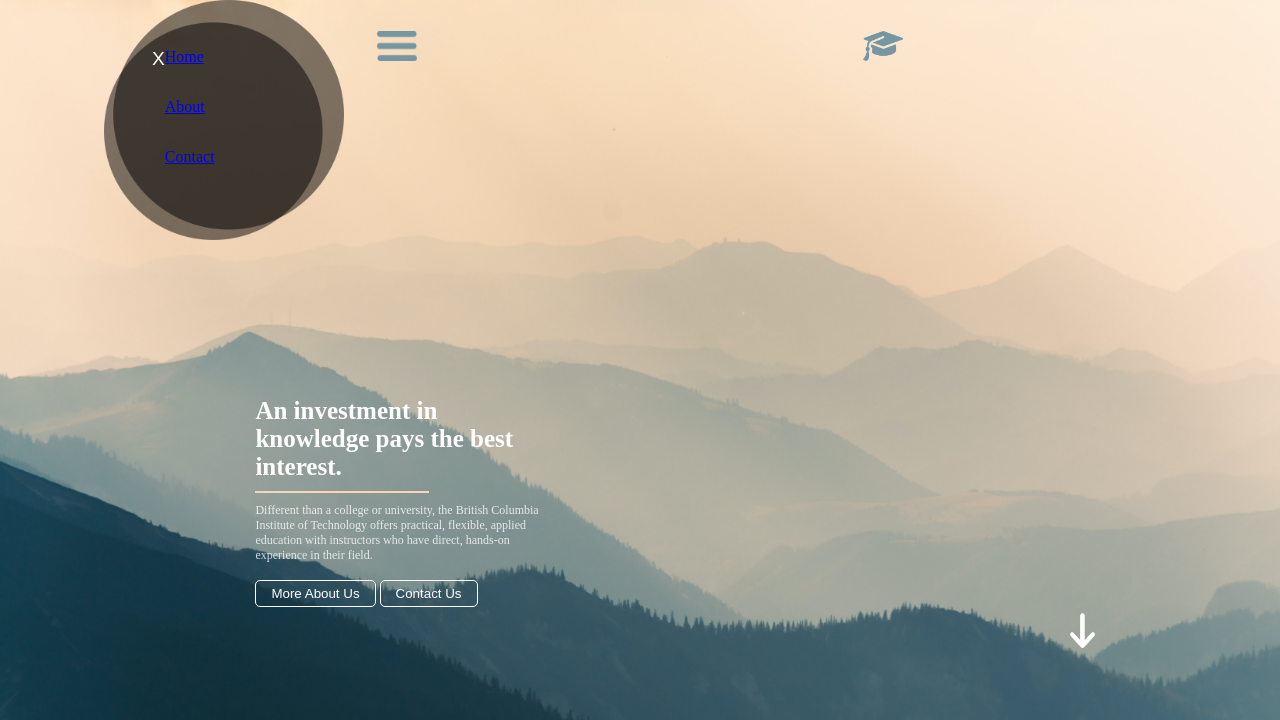
Repository: Sheraliramzan/Aly_A01253508_Assignment1
Page: /
The author's editor kept a copy of each file at every save. The page is drawn from the files as they stood at one save, then again after a run of saves.
The browser window is 1280 px wide. The pictures show the whole page.
The project was rebuilt for these pictures with package versions that can differ from the ones it lists, and the page was loaded fresh each time. The framework's server and built-in components were replaced by stand-ins that run in the browser. Also part of the build but not shown: next.config.js.

Above is the page before, as saved 2023-02-04 17:46:52.

After the next 2 saves:
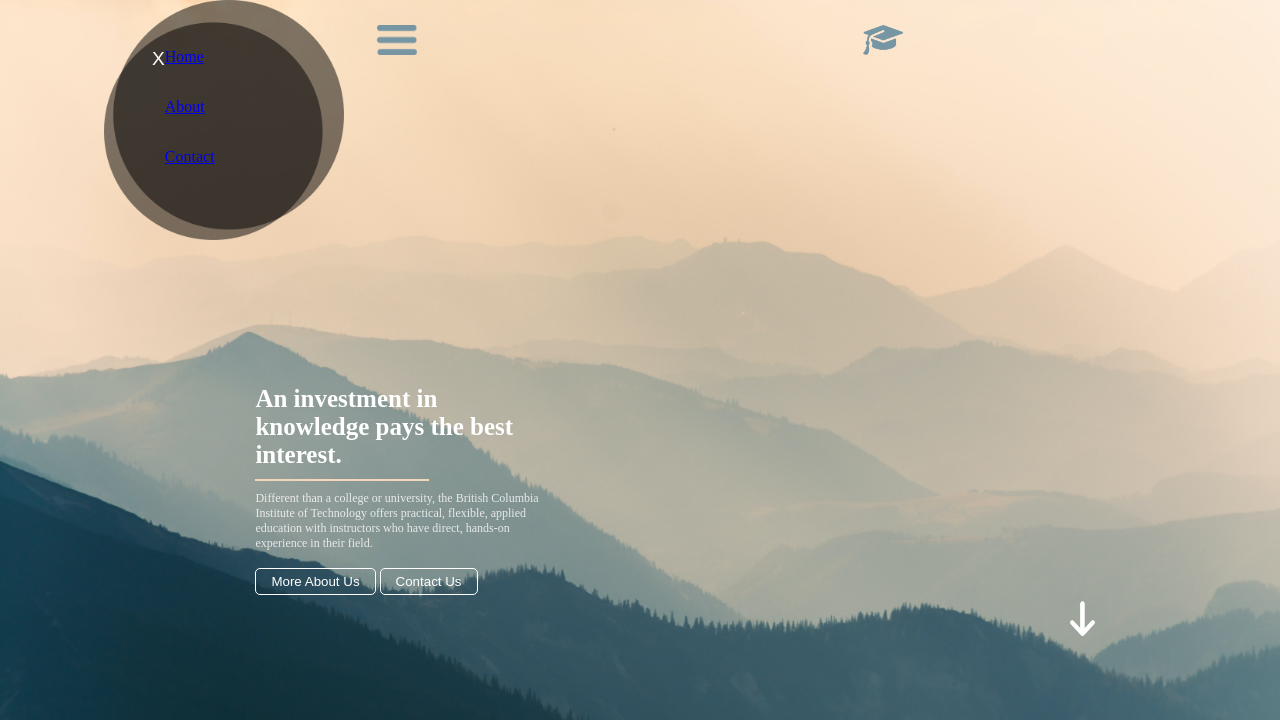
The 2 saves are shown as one change because they came seconds apart.
The last was saved 9 s later.
--- a/styles/globals.css
+++ b/styles/globals.css
@@ -20,7 +20,7 @@ body {
   display: flex;
   align-items: center;
   justify-content: space-between;
-  padding: 1rem 1px;
+  padding: 10px 1px;
 }
 .menucont{
   position: absolute;
